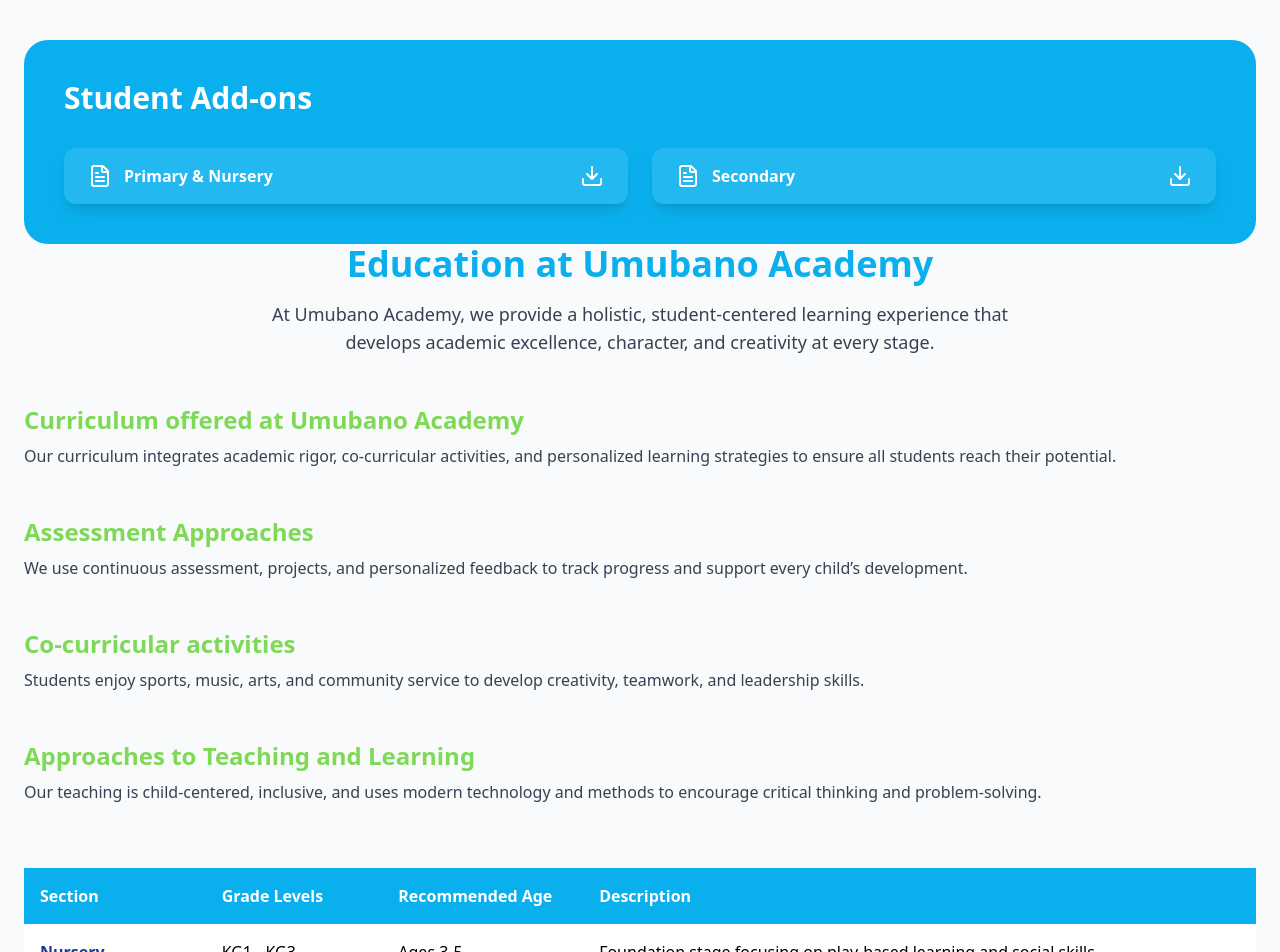
Repository: Umubano-Academy/umubano-academy-website
Page: /academic
An editor plug-in stored every save of this project. The page is shown before and after the next save, followed by the edit.
The browser window is 1280 px wide. The pictures show the part of the page from y = 863 to 1815 px (the page is 3463 px tall before and 3303 px after).
The project was rebuilt for these pictures with package versions that can differ from the ones it lists, and the page was loaded fresh each time. Also part of the build but not shown: vite.config.js, src/components/guest/Hero.jsx, src/components/guest/Event.jsx, src/components/guest/News.jsx, src/components/guest/Contact.jsx, src/components/guest/WhyCooseUs.jsx, src/components/guest/WelcomeSection.jsx, src/components/guest/Home.jsx and 10 more. Imported but missing from the stored project, and not drawn on this page: src/assets/addons/Primary-Enrolment-Handout-2025.pdf, src/assets/addons/Secondary-Enrolment-Handout-2025-2026.pdf.

Above is the page before, as saved 2026-01-20 10:11:26.

After the next save:
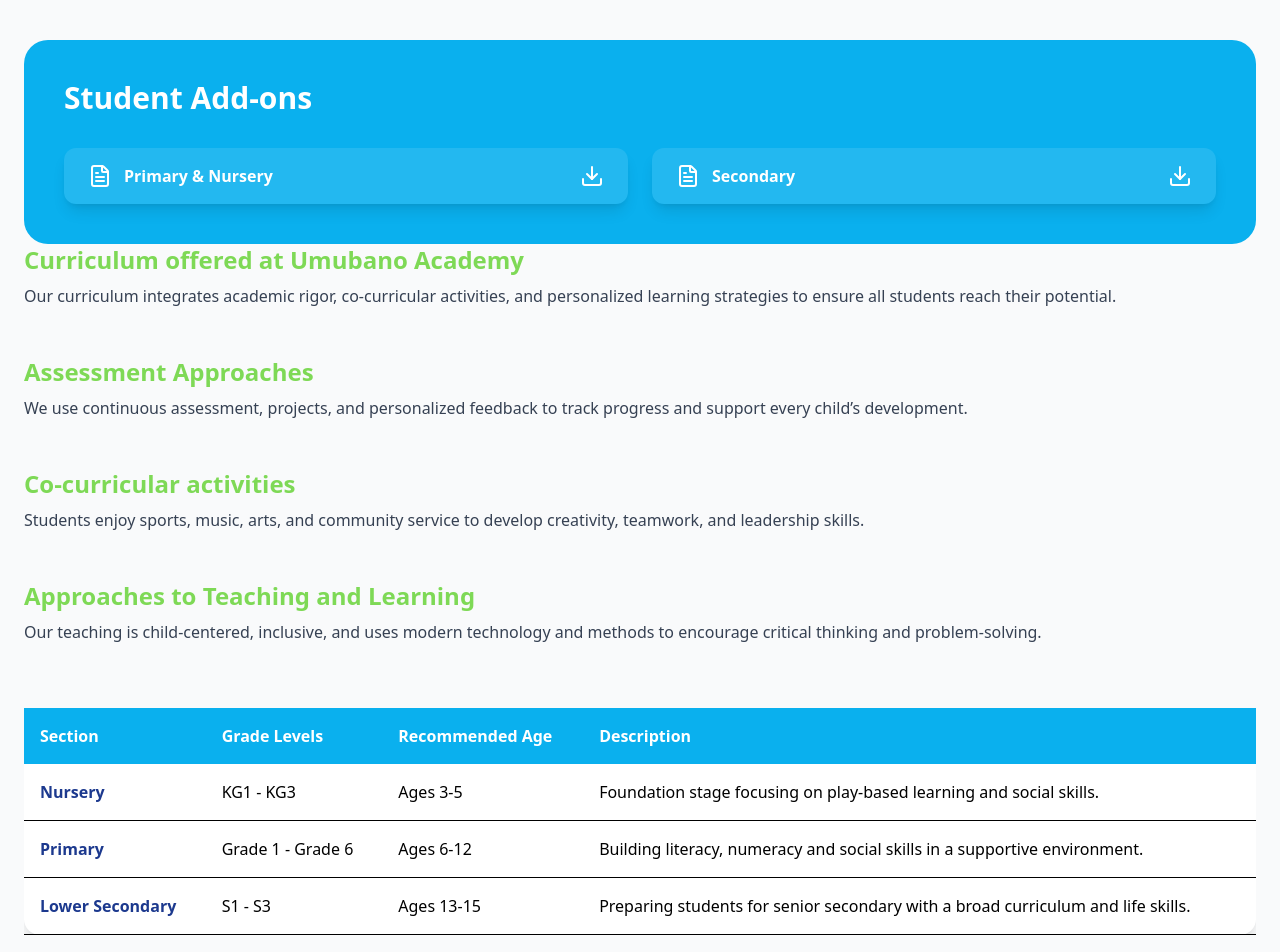
Saved 11 s later.
--- a/src/components/guest/Academic.jsx
+++ b/src/components/guest/Academic.jsx
@@ -179,18 +179,6 @@
           </div>
         </motion.div>
 
-        {/* Header */}
-        <div className="text-center max-w-3xl mx-auto mb-12">
-          <h1 className="text-4xl font-bold text-[#0AB0EE] mb-4">
-            Education at Umubano Academy
-          </h1>
-          <p className="text-gray-700 text-lg">
-            At Umubano Academy, we provide a holistic, student-centered learning
-            experience that develops academic excellence, character, and
-            creativity at every stage.
-          </p>
-        </div>
-
         {/* New Sections */}
         <div className="space-y-12 mb-16">
           <div>
